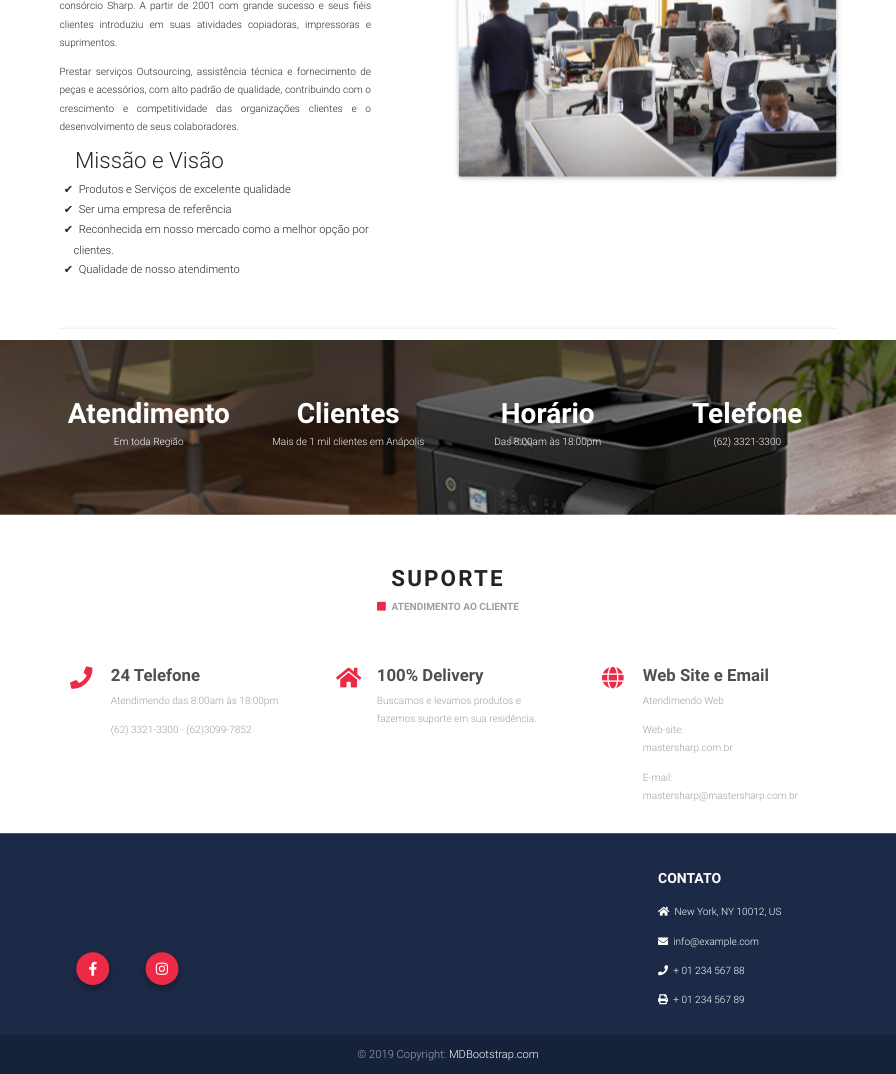
Repository: SalomaoMiguel/mastshap
Page: html/index.html
An editor plug-in stored every save of this project. The page is shown before and after a run of saves, followed by the edit.
The browser window is 1280 px wide. The pictures show the part of the page from y = 1656 to 3576 px (the page is 3190 px tall before and 3576 px after), at 70% of full size.
Some web libraries are served in a nearby version.

Above is the page before, as saved 2021-02-17 15:37:16.

After the next 2 saves:
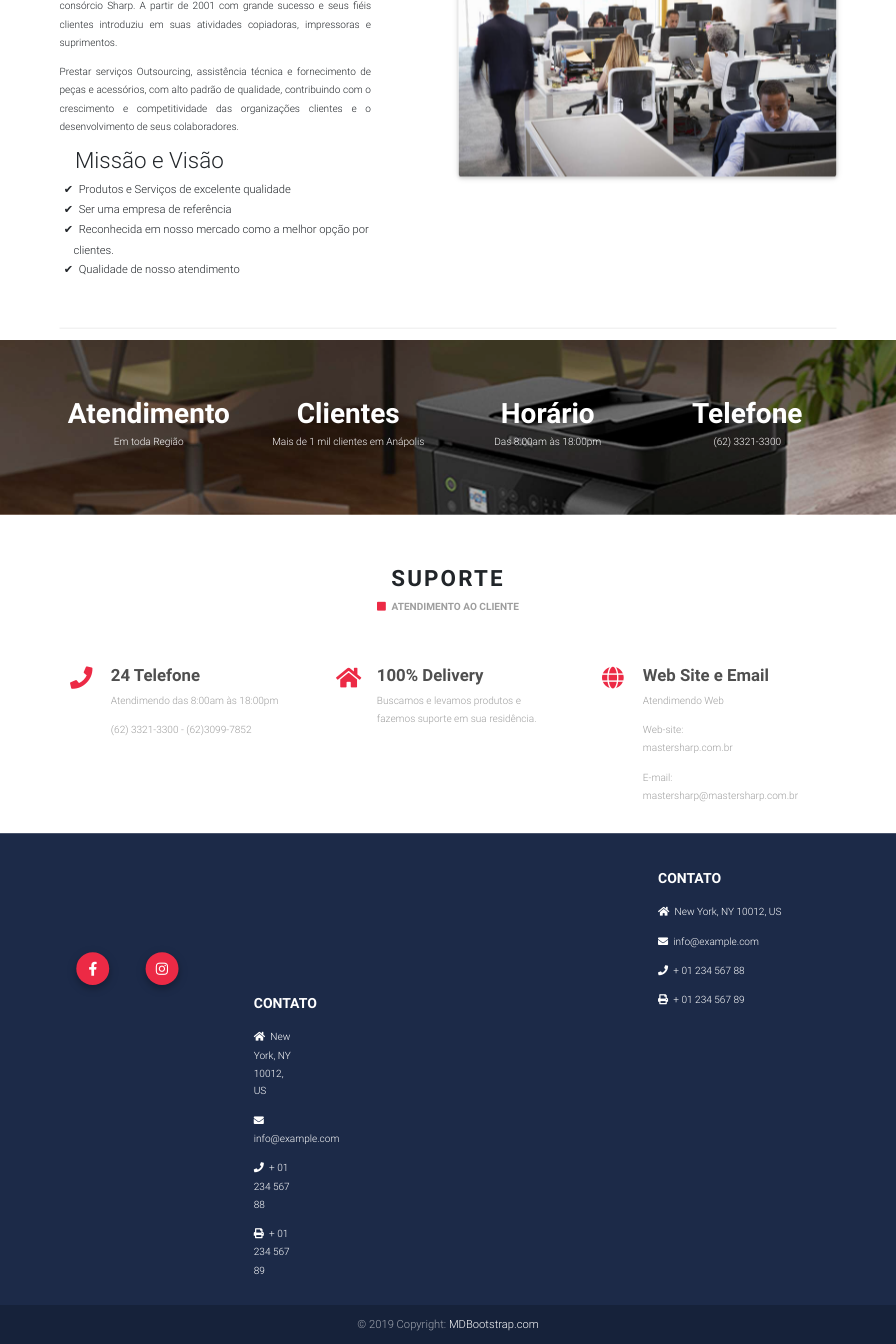
The 2 saves are shown as one change because they came seconds apart.
The last was saved 17 s later.
--- a/html/index.html
+++ b/html/index.html
@@ -399,6 +399,16 @@
             <!--Dribbble-->
             <a  href="https://www.instagram.com/master.sharp/" type="button" class="btn-floating ml-4 mr-4 btn-danger-2"><i class="fab fa-instagram"></i></a>
           </div>
+          <div class="col-lg-3 ml-lg-auto col-md-4 mt-1 mb-1 wow fadeIn" data-wow-delay="0.3s">
+            <!--Search-->
+            <h5 class="text-uppercase mb-4 font-weight-bold">Contato</h5>
+            <!--Info-->
+            <p><i class="fas fa-home pr-1"></i> New York, NY 10012, US</p>
+            <p><i class="fas fa-envelope pr-1"></i> info@example.com</p>
+            <p><i class="fas fa-phone pr-1"></i> + 01 234 567 88</p>
+            <p><i class="fas fa-print pr-1"></i> + 01 234 567 89</p>
+
+          </div>
         </div>
         <!--/First column-->
 
